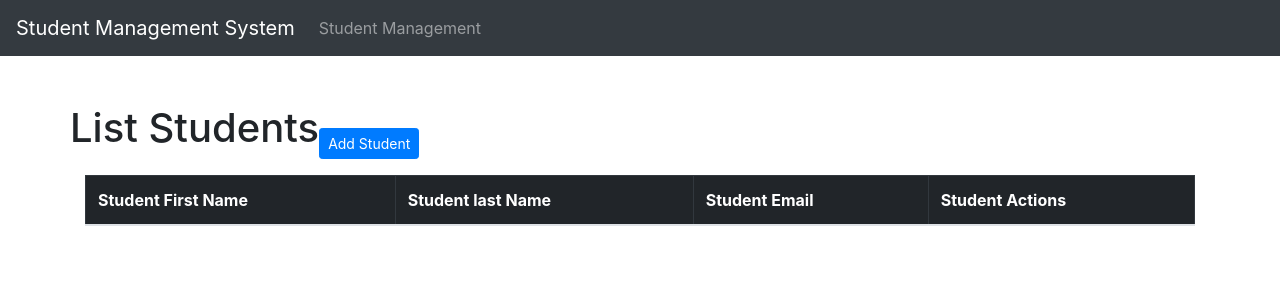
Repository: Sunnyrajverma1/Student_Management_System
Page: http://localhost/students
An editor plug-in stored every save of this project. The page is shown before and after the next save, followed by the edit.
The browser window is 1280 px wide. The pictures show the whole page.
The page is this project's Thymeleaf template; nobody is signed in. The template is opened directly, without the code that normally fills it, so the values that code supplies are empty.

Above is the page before, as saved 2022-09-09 15:13:09.

After the next save:
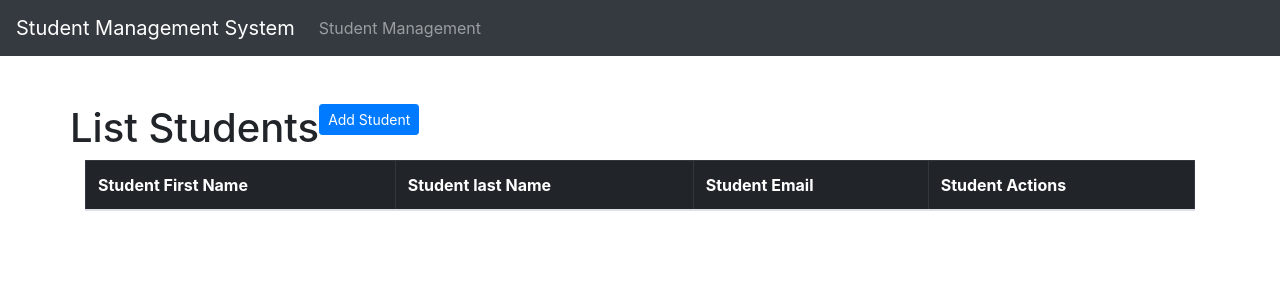
Saved 50 s later.
--- a/student-management-system/src/main/resources/templates/students.html
+++ b/student-management-system/src/main/resources/templates/students.html
@@ -30,11 +30,11 @@
 	</nav>
 
 	<br>
-	<div class="container"><br>
-		<div class="row"><br>
-			<div>
+	<div class="container">
+		<div class="row">
+			<div><br>
 				<h1>List Students</h1>
-			</div>
+			</div><br>
 
 			<div class="row"><br>
 			<div class="col-lg-3"><br>
